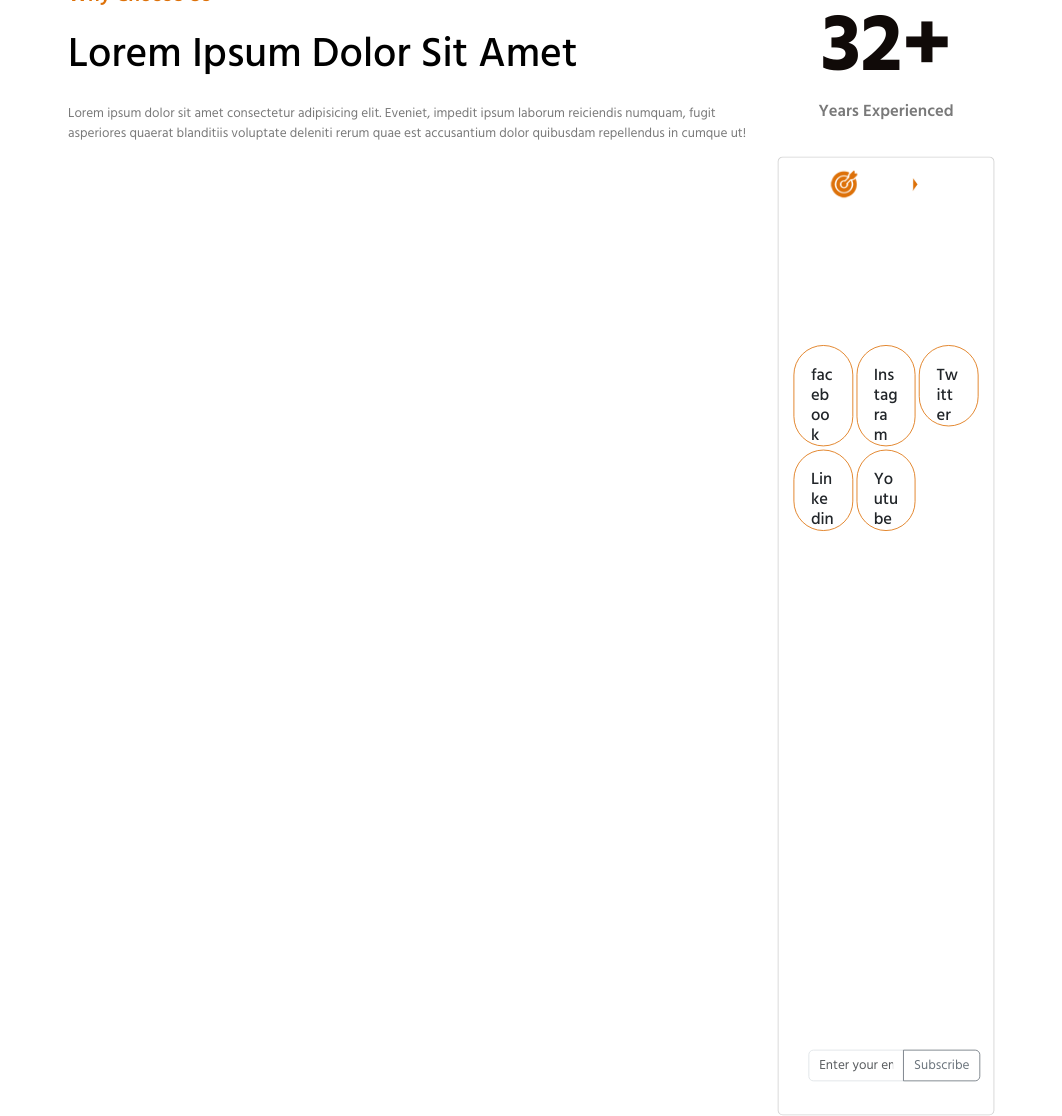
Repository: tagnam/seoinox
Page: about.html
The author's editor kept a copy of each file at every save. The page is drawn from the files as they stood at one save, then again after the next save.
The browser window is 1280 px wide. The pictures show the part of the page from y = 3019 to 4363 px (the page is 4363 px tall before and 3673 px after), at 83% of full size.
A picture or video elsewhere on the page could not be fetched, so the positions and the page height are approximate. Backgrounds fixed to the window are drawn as part of the page.

Above is the page before, as saved 2025-02-26 11:10:40.

### about.html
<!DOCTYPE html>
<html lang="en">
<head>
    <meta charset="UTF-8">
    <meta name="viewport" content="width=device-width, initial-scale=1.0">
    <title>SEOINOX</title>
    <link href="https://cdn.jsdelivr.net/npm/bootstrap@5.3.3/dist/css/bootstrap.min.css" rel="stylesheet" integrity="sha384-QWTKZyjpPEjISv5WaRU9OFeRpok6YctnYmDr5pNlyT2bRjXh0JMhjY6hW+ALEwIH" crossorigin="anonymous">
    <link rel="stylesheet" href="style/css/style.css">
    <link rel="stylesheet" href="style/css/responsive.css">
    <link rel="stylesheet" href="style/css/animation.css">
</head>


<body>
  <header>
    <nav class="navbar navbar-expand-lg ">
        <div class="container-fluid">
          <a class="navbar-brand" href="#"><img src="images/main-logo-sec.png" width="100%" alt=""></a>
          <button class="navbar-toggler" type="button" data-bs-toggle="collapse" data-bs-target="#navbarSupportedContent" aria-controls="navbarSupportedContent" aria-expanded="false" aria-label="Toggle navigation">
            <span class="navbar-toggler-icon"></span>
          </button>
          <div class="collapse navbar-collapse custom-navbar-collapse" id="navbarSupportedContent">
            <ul class="navbar-nav custom-navbar-nav">
              <li class="nav-item">
                <a class="nav-link active" aria-current="page" href="/">Home</a>
              </li>
              <li class="nav-item">
                <a class="nav-link" href="about.html">About US</a>
              </li>
              <li class="nav-item">
                <a class="nav-link" href="portfolio.html">Our Portfolio</a>
              </li>
              <li class="nav-item">
                <a class="nav-link" href="service.html">Our Services</a>
              </li>
              <li class="nav-item">
                <a class="nav-link" href="blog.html">Blog</a>
              </li>
              <li class="nav-item">
                <a class="nav-link" href="contact.html">Contact Us</a>
              </li>
            </ul>
            <div class="d-flex" role="search">
                    <div class="menu-icon">
                        <div class="menu-icon-item"> </div>
                        <div class="menu-icon-item"></div>
                        <div class="menu-icon-item"></div>
                    </div>
            </div>
          </div>
        </div>
      </nav>
  </header>


<!--====================================== start hero section  ============================-->
 <section class="inner-page-hero-section">
    <div class="container">
        <div class="row">
                <div class="col-lg-12" style="z-index: 10;">
                    <div class="page-title">
                        <h2> About Us</h2>
                    </div>
                </div>
        </div>
    </div>
    <div class="overlay"></div>
 </section>

<!--====================================== end hero section  ============================-->

  <!--====================================== start about section  ============================-->
  <section class="about-section">
    <div class="container">
      <div class="row">
        <div class="col-lg-6" style="height: 800px;">
          <div class="about-img-container">
            <img src="images/about-image.png" alt="">
          </div>
        </div>
        <div class="col-lg-6">

          <div class="about-content-container">
            <div class="about-content">
              <h2 class="about-main-heading" style="text-align: start;">About Us</h2>
              <p class="about-sub-heading" style="text-align: start ; line-height: 80px;">Lorem ipsum dolor sit amet</p>
          </div>
          <p>At the core of our journey lies a commitment to driving growth fueled by a combination of expertise and passion. We believe growth is not just about numbers—it's about creating meaningful impact, fostering innovation, and building relationships that last. Our team brings a wealth of knowledge, experience, and dedication to every project.</p>
          <div class="about-card card">
            <div class="row g-4">
              <div class="col" style="background-color: #F7F7F7; border-radius: 15px;  ">
                <div class="card-body mission-vission">
                  <h5 class="card-title">Our Mission</h5>
                  <p class="card-text">Lorem ipsum dolor sit amet, consectetur adipiscing elit. </p>
                </div>
              </div>
              <div class="col" >
                <div class="card-body mission-vission">
                  <h5 class="card-title">Our Vision</h5>
                  <p class="card-text">Lorem ipsum dolor sit amet, consectetur adipiscing elit. </p>
                </div>
              </div>
            </div>
          </div>
        </div>
        </div>
      </div>
    </div>
  </section>

    <!--====================================== end about section  ============================-->
    <div class="clearfix"></div>


    <!--====================================== start choice  section  ============================-->

<section class="ab-page-choice-section">
<div class="container">
  <div class="row">
    <div class="col-lg-6" style="padding: 0px 50px;">
      <div class="about-content" >
        <h2 class="about-main-heading" style="text-align: start;">About Us</h2>
        <p class="about-sub-heading" style="text-align: start ; line-height: 80px; color: #fff;">Lorem ipsum dolor sit amet</p>
        <p style="text-align: start; color: #F7F7F7;">At the core of our journey lies a commitment to driving growth fueled by a combination of expertise and passion. We believe growth is not just about numbers—it's about creating meaningful impact, fostering innovation, and building relationships that last. Our team brings a wealth of knowledge, experience, and dedication to every project.</p>

    </div>
    </div>
    <div class="col-lg-6" style="padding: 0px 50px;">
      <div class="row row-cols-1 row-cols-md-2 g-4">
        <div class="col">
            <div class="card-body" style="color: #fff;">
              <h5 class="card-title choice-num">60<span>M</span></h5>
              <p class="card-text">Lorem ipsum dolor sit amet, consectetur adipiscing elit. </p>
          </div>
        </div>
        <div class="col">
          <div class="card-body" style="color: #fff;">
            <h5 class="card-title choice-num">80<span>%</span></h5>
            <p class="card-text">Lorem ipsum dolor sit amet, consectetur adipiscing elit. </p>
        </div>
        </div>
        <div class="col">
          <div class="card-body" style="color: #fff;">
            <h5 class="card-title choice-num">95<span>%</span> </h5>
            <p class="card-text">Lorem ipsum dolor sit amet, consectetur adipiscing elit. </p>
        </div>
        </div>
        <div class="col">
          <div class="card-body" style="color: #fff;">
            <h5 class="card-title choice-num">75<span>K</span> </h5>
            <p class="card-text">Lorem ipsum dolor sit amet, consectetur adipiscing elit. </p>
        </div>
        </div>
      </div>
    </div>
  </div>
</div>

</section>

        <!--====================================== end choice section  ============================-->

  <!--====================================== start choose section  ============================-->


  <section class="choose-section">
    <div class="container">
      <div class="row">
          <div class="col-lg-6 d-flex align-items-center">
              <div class="about-content">
                  <h2 class="about-main-heading" style="text-align: start;">Why Choose Us</h2>
                  <p class="about-sub-heading" style="text-align: start; font-size: 50px;">Lorem ipsum dolor sit amet</p>
                  <p  style="text-align: start;">Lorem ipsum dolor sit amet consectetur adipisicing elit. Eveniet, impedit ipsum laborum reiciendis numquam, fugit asperiores quaerat blanditiis voluptate deleniti rerum quae est accusantium dolor quibusdam repellendus in cumque ut!</p>

              </div>
          </div>
          <div class="col-lg-6">
            <div class="chooise-card-container">
              <div class="card chooise-card mb-5" >
                <div class="row g-0">
                  <div class="col-md-3">
                    <div class="choice-img-container">
                      <img src="images/step1.png" class="img-fluid" alt="...">
                    </div>
                  </div>
                  <div class="col-md-9">
                    <div class="card-body">
                      <h5 class="card-title choice-title">Card title</h5>
                      <p class="card-text">This is a wider card with supporting text below as a natural lead-in to additional content. This content is a little bit longer.</p>
                    </div>
                  </div>
                </div>
              </div>
              <div class="card chooise-card mb-5" >
                <div class="row g-0">
                  <div class="col-md-3">
                    <div class="choice-img-container">
                      <img src="images/step1.png" class="img-fluid" alt="...">
                    </div>
                  </div>
                  <div class="col-md-9">
                    <div class="card-body">
                      <h5 class="card-title choice-title">Card title</h5>
                      <p class="card-text">This is a wider card with supporting text below as a natural lead-in to additional content. This content is a little bit longer.</p>
                    </div>
                  </div>
                </div>
              </div>
              <div class="card chooise-card mb-5" >
                <div class="row g-0">
                  <div class="col-md-3">
                    <div class="choice-img-container">
                      <img src="images/step1.png" class="img-fluid" alt="...">
                    </div>
                  </div>
                  <div class="col-md-9">
                    <div class="card-body">
                      <h5 class="card-title choice-title">Card title</h5>
                      <p class="card-text">This is a wider card with supporting text below as a natural lead-in to additional content. This content is a little bit longer.</p>
                    </div>
                  </div>
                </div>
              </div>
              <div class="card chooise-card mb-5" >
                <div class="row g-0">
                  <div class="col-md-3">
                    <div class="choice-img-container">
                      <img src="images/step1.png" class="img-fluid" alt="...">
                    </div>
                  </div>
                  <div class="col-md-9">
                    <div class="card-body">
                      <h5 class="card-title choice-title">Card title</h5>
                      <p class="card-text">This is a wider card with supporting text below as a natural lead-in to additional content. This content is a little bit longer.</p>
                    </div>
                  </div>
                </div>
              </div>
            </div>
          </div>
      </div>
  </div>
</section>

  <!--====================================== end choose section  ============================-->
  <div class="clearfix"></div>

  <!--====================================== start team section  ============================-->

  <section>
    <div class="container">
      <div class="row">
        <div class="col-lg-9">
          <div class="about-content">
            <h2 class="about-main-heading" style="text-align: start;">Why Choose Us</h2>
            <p class="about-sub-heading" style="text-align: start; font-size: 50px;">Lorem ipsum dolor sit amet</p>
            <p  style="text-align: start;">Lorem ipsum dolor sit amet consectetur adipisicing elit. Eveniet, impedit ipsum laborum reiciendis numquam, fugit asperiores quaerat blanditiis voluptate deleniti rerum quae est accusantium dolor quibusdam repellendus in cumque ut!</p>

        </div>
        </div>
        <div class="col-lg-3">
          <div class="card-body">
            <h5 class="card-title exp-title">32+</h5>
            <p class="card-text " style="text-align: center; font-size: 20px; font-weight: 600;">Years Experienced</p>
          </div>
        </div>
      </div>
    </div>

    <div class="container">
      <div class="row">
        <div class="col-lg-9">

        </div>
        <div class="col-lg-3">
          <div class="card">
            <div class="card-body">
              <h5 class="card-title>32+</h5>
            </div>
          </div>
        </div>
      </div>
    </div>
  </section>
  <!--====================================== end team section  ============================-->











<footer>
  <div class="container">
    <div class="row">
      <div class="col">
        <figure>
          <img src="images/main-logo.png" alt="" style="width: 75%;">
        </figure>
        <div class="row" style="padding: 20px 0px; border-bottom: 1px solid #fff;">
          <div class="col">
            <h4 class="footer-heading">24/7 CALL US</h4>
            <a href="" class="footer-link">+(528) 456-7592</a>
          </div>
          <div class="col">
            <h4 class="footer-heading">24/7 CALL US</h4>
            <a href="" class="footer-link">info@example.com</a>
          </div>
        </div>
        <div class="social-container row-cols-md-3  row g-1">
          <div class="col">
            <div class="social-icon"> <span><i class="bi bi-facebook"></i></span> facebook </div>
          </div>
          <div class="col">
            <div class="social-icon"> <span><i class="bi bi-instagram"></i></span> Instagram </div>
          </div>
          <div class="col">
            <div class="social-icon"> <span><i class="bi bi-twitter-x"></i></span> Twitter </div>
          </div>
          <div class="col">
            <div class="social-icon"> <span><i class="bi bi-linkedin"></i></span> Linkedin</div>
          </div>
          <div class="col">
            <div class="social-icon"> <span><i class="bi bi-youtube"></i></span> Youtube</div>
          </div>
        </div>
      </div>
      <div class="col">
          <div class="footer-content-heading">
              <h3><i class="ri-circle-fill"></i> Quicklinks</h3>
              <ul class="footer-list">
                <li><i class="ri-arrow-right-double-line"></i> <a class="footer-link" href="">Home</a></li>
                <li><i class="ri-arrow-right-double-line"></i> <a class="footer-link" href="">About Us</a></li>
                <li><i class="ri-arrow-right-double-line"></i> <a class="footer-link" href="">Our Portfolio</a></li>
                <li><i class="ri-arrow-right-double-line"></i> <a class="footer-link" href="">Our Services</a></li>
                <li><i class="ri-arrow-right-double-line"></i> <a class="footer-link" href="">Blog</a></li>
                <li><i class="ri-arrow-right-double-line"></i> <a class="footer-link" href="">Contact Us</a></li>
          </div>
      </div>
      <div class="col">
        <div class="footer-content-heading">
          <h3><i class="ri-circle-fill"></i> Our Services</h3>
            <ul class="footer-list">
              <li><i class="ri-arrow-right-double-line"></i> <a class="footer-link" href="">SEO Services</a></li>
              <li><i class="ri-arrow-right-double-line"></i> <a class="footer-link" href="">Social Media Marketing</a></li>
              <li><i class="ri-arrow-right-double-line"></i> <a class="footer-link" href="">Content Marketing</a></li>
              <li><i class="ri-arrow-right-double-line"></i> <a class="footer-link" href="">Email Marketing</a></li>
              <li><i class="ri-arrow-right-double-line"></i> <a class="footer-link" href="">PPC Management</a></li>
              <li><i class="ri-arrow-right-double-line"></i> <a class="footer-link" href="">Web Design</a></li>
            </ul>
      </div>
      </div>
      <div class="col">
        <div class="footer-content-heading">
          <h3><i class="ri-circle-fill"></i> Get Updates</h3>
          <p>Subscribe to our newsletter to get the latest news, updates and amazing offers delivered directly in your inbox.</p>
          <form action="">
            <div class="input-group mb-3">
              <input type="text" class="form-control" placeholder="Enter your email" aria-label="Recipient's username" aria-describedby="button-addon2">
              <button class="btn btn-outline-secondary" type="button" id="button-addon2">Subscribe</button>
            </div>
          </form>

      </div>
      </div>
    </div>
  </div>
</footer>
<script src="https://cdn.jsdelivr.net/npm/bootstrap@5.3.3/dist/js/bootstrap.bundle.min.js" integrity="sha384-YvpcrYf0tY3lHB60NNkmXc5s9fDVZLESaAA55NDzOxhy9GkcIdslK1eN7N6jIeHz" crossorigin="anonymous"></script>
<script src="https://unpkg.com/@studio-freight/lenis@1.0.42/dist/lenis.min.js"></script>

<script src="style/js/custom.js"></script>
</body>
</html>

Loaded but not shown: style/js/custom.js (12 lines, source omitted); style/css/style.css (603 lines, source omitted); style/css/responsive.css (no stored copy; drawn as an empty file); style/css/animation.css (no stored copy; drawn as an empty file)

After the next save:
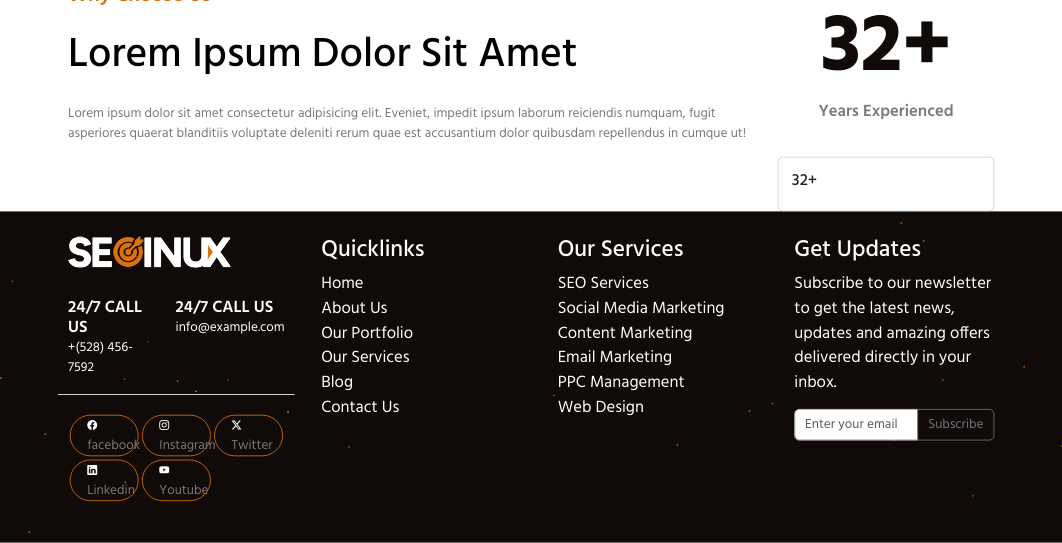
Saved 6 s later.
--- a/about.html
+++ b/about.html
@@ -275,7 +275,7 @@
         <div class="col-lg-3">
           <div class="card">
             <div class="card-body">
-              <h5 class="card-title>32+</h5>
+              <h5 class="card-title">32+</h5>
             </div>
           </div>
         </div>
